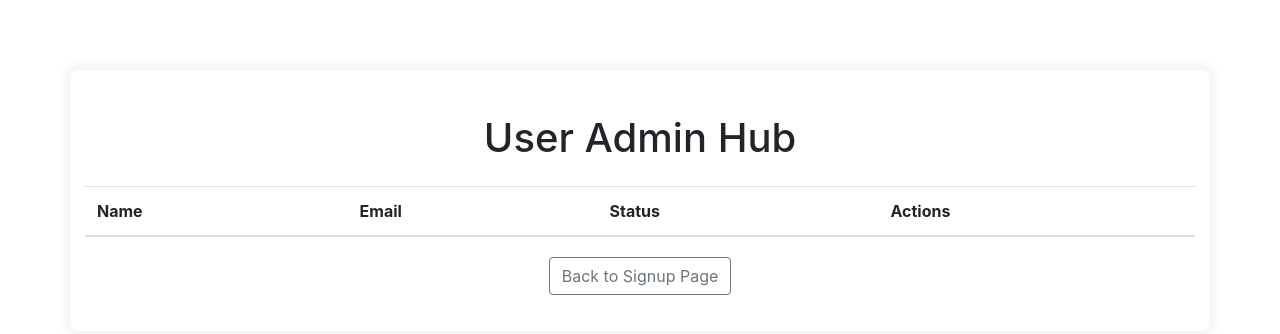
Repository: rmdayberry/yodlr-take-home
Page: public/admin.html
These files come from the project's save history. The page is drawn as it stood at one moment and after the next save; the edit follows.
The browser window is 1280 px wide. The pictures show the whole page.
The page's requests for data from a server got no answer.

Above is the page before, as saved 2024-10-09 10:26:38.

After the next save:
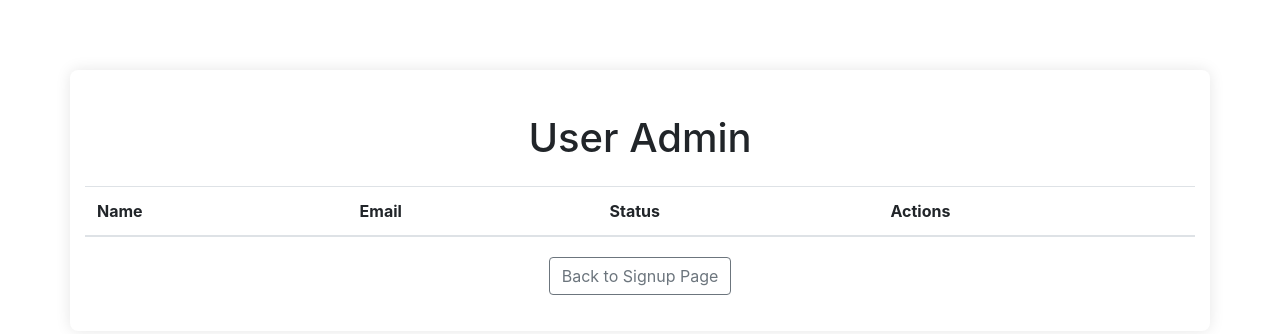
Saved 18 s later.
--- a/public/admin.html
+++ b/public/admin.html
@@ -14,7 +14,7 @@
   </head>
   <body>
     <div class="container">
-      <h1 class="mt-4">User Admin Hub</h1>
+      <h1 class="mt-4">User Admin</h1>
       <table class="table mt-4" id="userTable">
         <thead>
           <tr>
